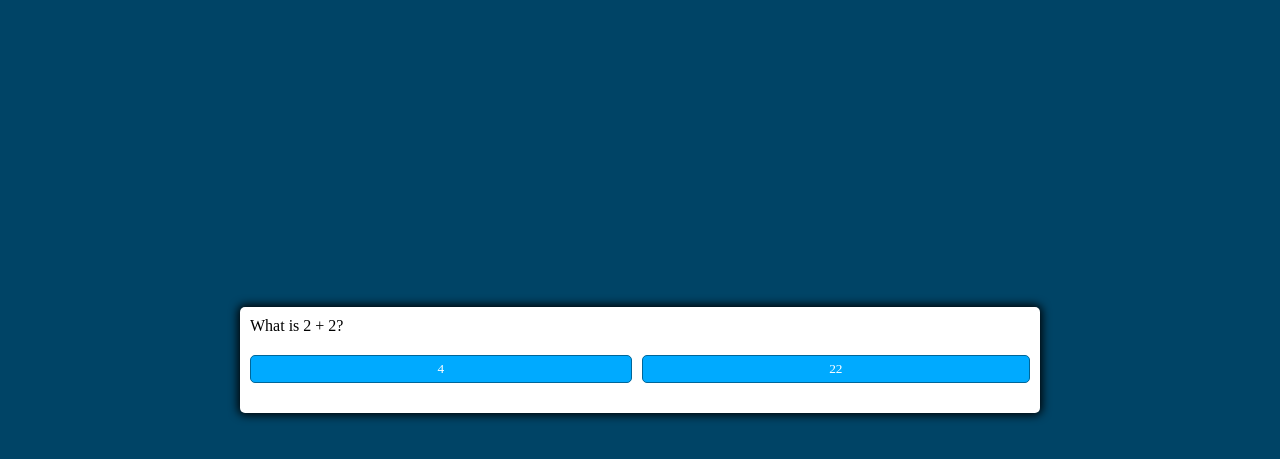
Repository: DaNiels89/quiz-js
Page: index.html
An editor plug-in stored every save of this project. The page is shown before and after the next save, followed by the edit.
The browser window is 1280 px wide. The pictures show the whole page.
After loading, the first visible `#start-btn` was clicked once.

Above is the page before, as saved 2020-06-22 10:50:06.

After the next save:
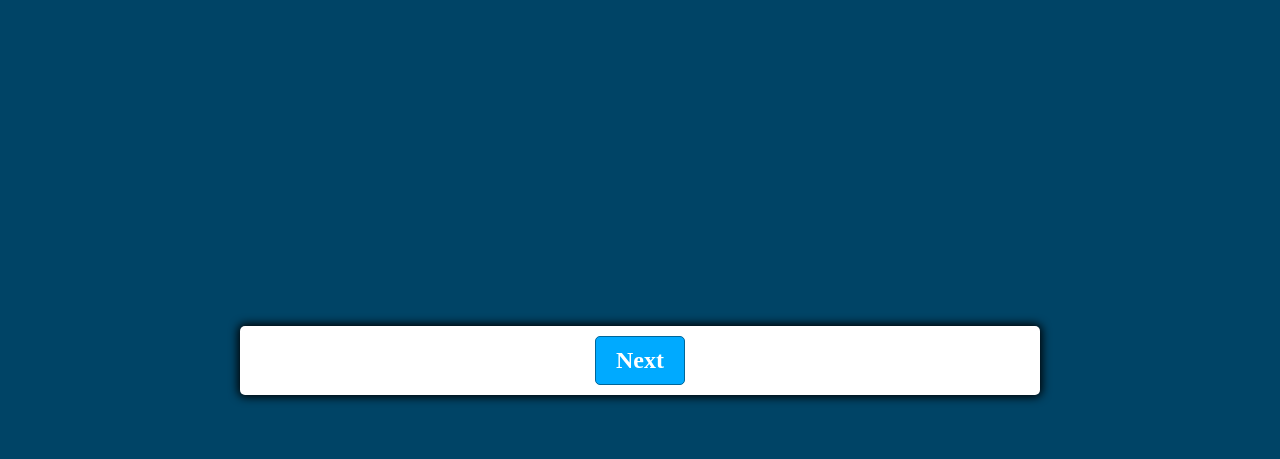
Console error: TypeError: nextButton.addEventListeren is not a function
Saved 45 s later.
--- a/js/script.js
+++ b/js/script.js
@@ -7,7 +7,10 @@ const answerButtonsElement = document.getElementById('answer-buttons')
 let shuffeledQuestions, currentQuestionIndex
 
 startButton.addEventListener('click', startGame)
-
+nextButton.addEventListeren('click', () => {
+    currentQuestionIndex++
+    setNextQuestion()
+})
 
 function startGame() {
     startButton.classList.add('hide')
